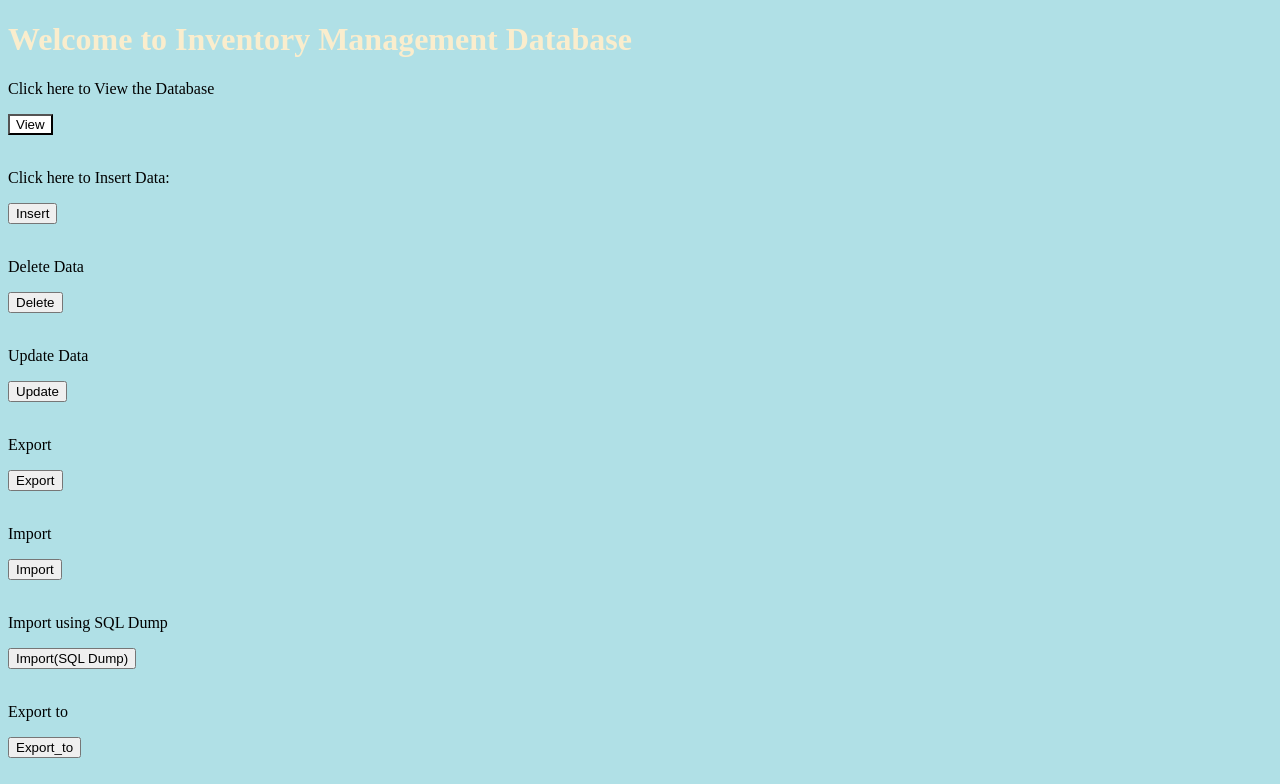
Repository: cyrusdwivedi2002/inventory-management-system
Page: DemoApp/src/main/webapp/Mainpage.html
The author's editor kept a copy of each file at every save. The page is drawn from the files as they stood at one save, then again after the next save.
The browser window is 1280 px wide. The pictures show the whole page.

Above is the page before, as saved 2022-06-24 18:07:41.

After the next save:
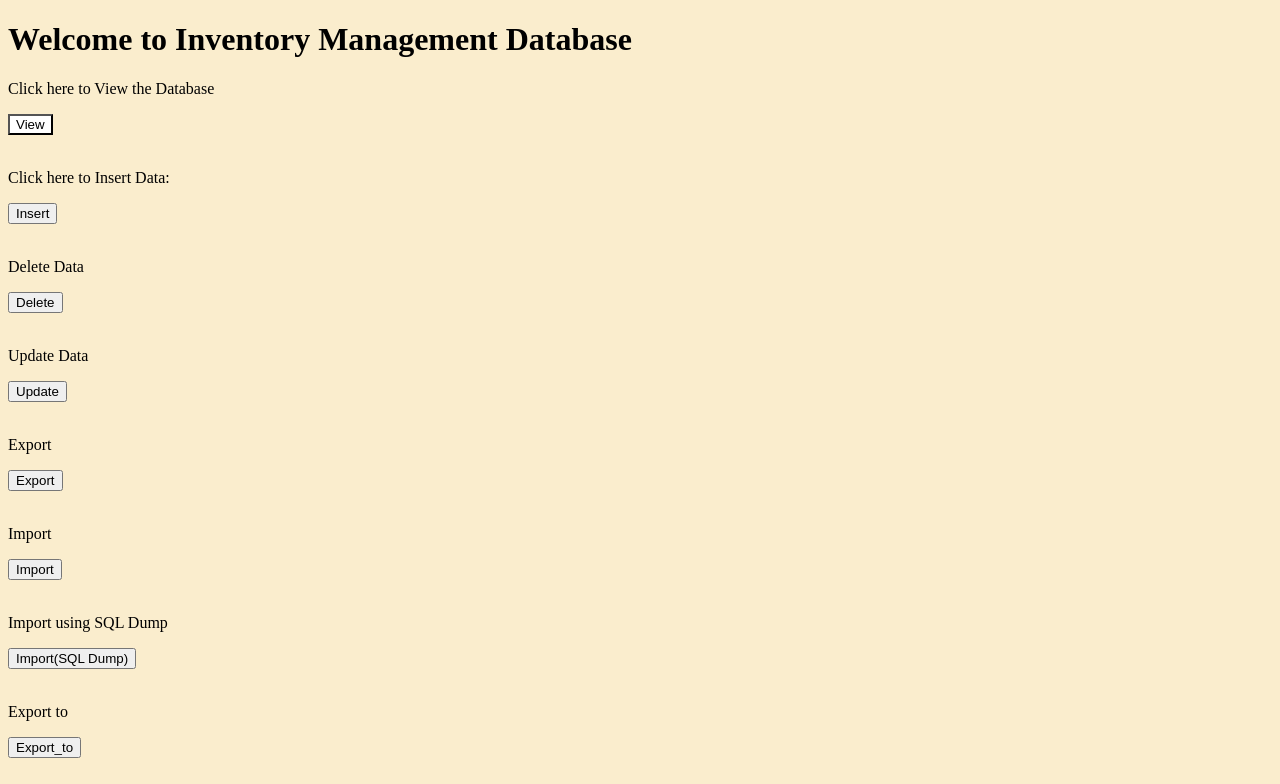
Saved 26 s later.
--- a/DemoApp/src/main/webapp/Mainpage.html
+++ b/DemoApp/src/main/webapp/Mainpage.html
@@ -5,10 +5,10 @@
 
 <style>
 body {
-background-color: powderblue;
+background-color: #faedcd;
 }
 h1{
-color: #faedcd;
+color: black;
 }
 </style>
 <title>Inventory management System</title>
